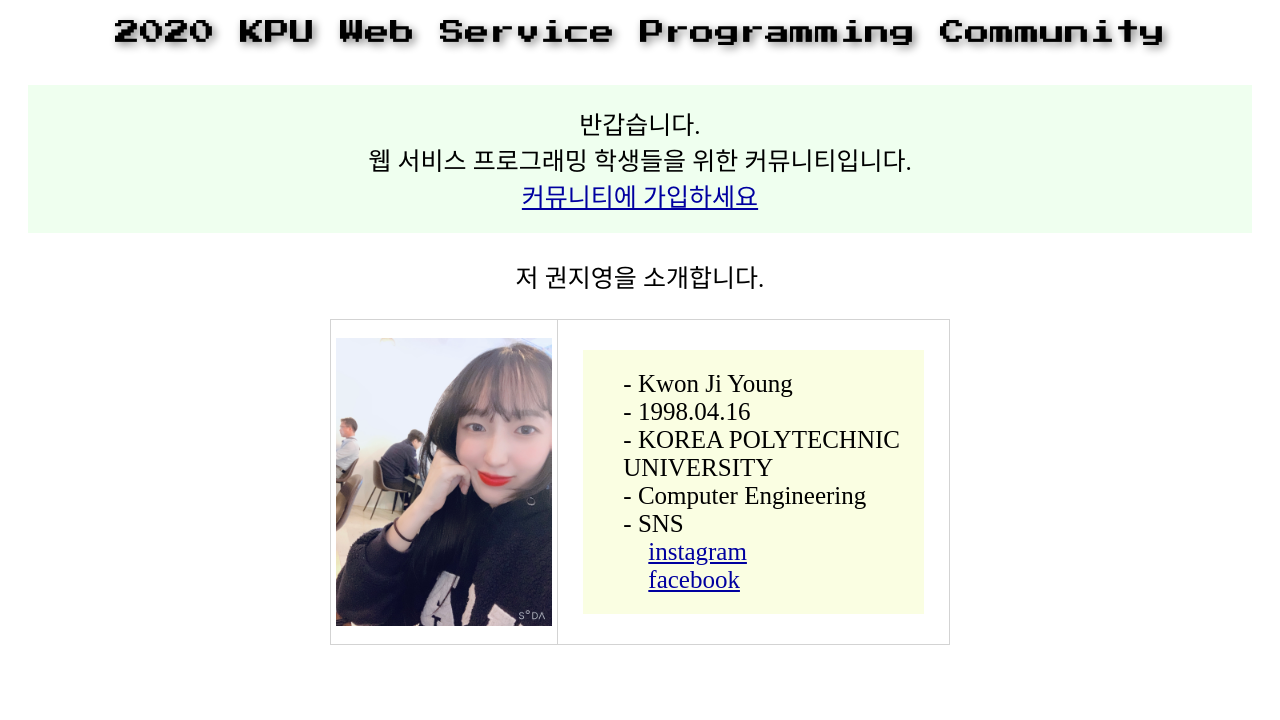
Repository: JiYoung-Kwon/WebProgramming
Page: workspace_20206R/kwonjiyoung_reg/WebContent/welcome.html
The author's editor kept a copy of each file at every save. The page is drawn from the files as they stood at one save, then again after the next save.
The browser window is 1280 px wide. The pictures show the whole page.
Some web fonts or font styles are not loaded; a fallback is used.

Above is the page before, as saved 2020-10-07 08:32:59.

After the next save:
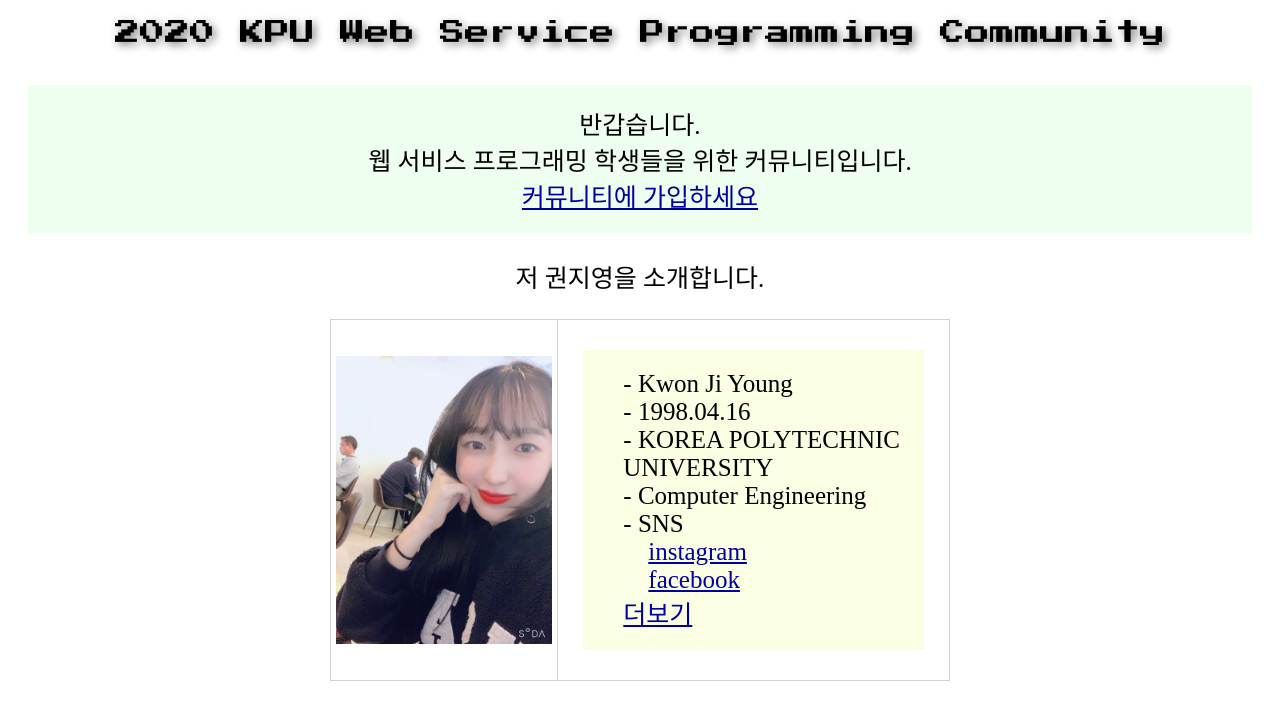
Saved 2 min 33 s later.
--- a/workspace_20206R/kwonjiyoung_reg/WebContent/welcome.html
+++ b/workspace_20206R/kwonjiyoung_reg/WebContent/welcome.html
@@ -37,6 +37,7 @@
 							<li>- SNS</li>
 							<li class="a"><a href="https://www.instagram.com/jjiyomm/">instagram</a></li>
 							<li class="a"><a href="https://www.facebook.com/rhakrywkd">facebook</a></li>
+							<li> <a href="http://localhost:8080/kwonjiyoung_reg/myfavorite.html" target="_self"> 더보기</a></li>
 						</ul>
 					</td>
 				</tr>
